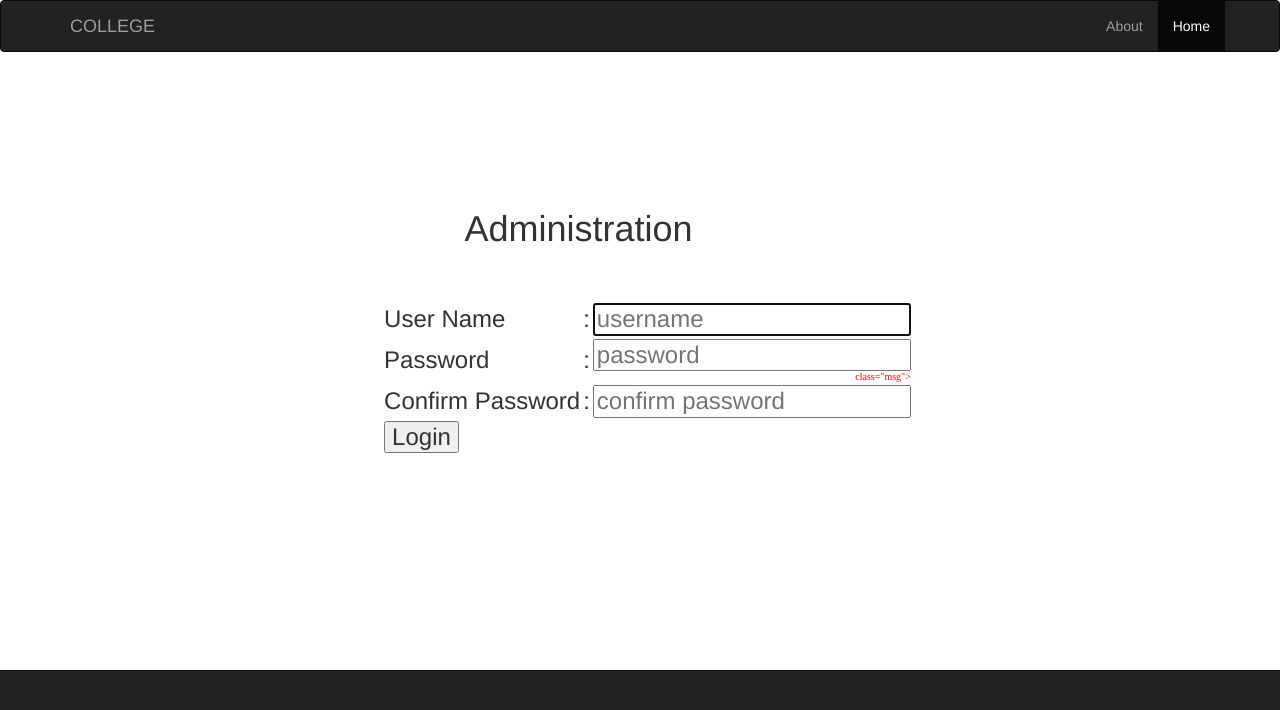
Repository: waheedsd/College
Page: http://localhost/College/admin.jsp
An editor plug-in stored every save of this project. The page is shown before and after the next save, followed by the edit.
The browser window is 1280 px wide. The pictures show the whole page.
The page is served by Tomcat 9. Other server files are loaded and not shown.

Above is the page before, as saved 2017-09-13 17:30:56.

### College/WebContent/admin.jsp
<%@ page language="java" contentType="text/html; charset=ISO-8859-1"
    pageEncoding="ISO-8859-1"%>
<!DOCTYPE html>
<html lang="en">
<head>
    <meta charset="UTF-8">
    <title>Admin</title>
    <link rel="stylesheet" href="https://maxcdn.bootstrapcdn.com/bootstrap/3.3.7/css/bootstrap.min.css">
    <script>

        function validate()
        {
        	  var x=document.myform.admin_password1.value;
              var y=document.myform.admin_password2.value;
              document.getElementById("msg").innerHTML="Type password & confirm password as 'Admin' ";
            if(x!="Admin" || y!="Admin")
            {
            	return false
            }
            else
            	{
            	return true
            	}
        }
    </script>
    <style>
        #admin{
            padding-left: 35%;
            padding-top: 10%;
        }
        #tab{
            padding-left: 28%;
            padding-top: 2%;
        }
        td{
            padding: 1.5px;
        }
        #msg{
        	text-align: right;
        	font-family: serif;
        	color:red;
        	font-size:10px;
        }
        .msg{
        	height=20px;
        	width=20px;
        }
    </style>
</head>
<body>
<form action="register.jsp" name="myform"  method="get" onsubmit="return validate()">
    <header>
        <nav class="navbar navbar-inverse ">
        <div class="container">
            <a class="navbar-brand" href="#">COLLEGE</a>
            <ul class="nav navbar-nav navbar-right">
                <li>
                    <a href="about.html">About</a>
                </li>
                <li class=active>
                <a href="index.jsp">Home</a>
                </li>
            </ul>
        </div>
        </nav>

 <div  class="container" ><div class="row"><div class="col-md-20"><h1 id="admin">Administration</h1></div></div> </div>
    </header>
    <div class="container"><div class="row"><div class="col-md-20>"><h3 id="tab">
    <table>
        <tr >
            <td >User Name</td>
            <td>:</td>
            <td>
            <input type="text" name="admin_name"  required placeholder="username" autofocus="autofocus" />
            </td>
        </tr>
        <tr>
            <td>Password</td>
            <td>:</td>
            <td>
                <input type="password" name="admin_password1"  required placeholder="password"><span id="msg"><div> class="msg"></div></span>
            </td>
        </tr>
        <tr>
        <tr>
            <td>Confirm Password</td><td>:</td>
            <td>
                <input type="password" name="admin_password2"  required placeholder="confirm password">
            </td>
        </tr>

        <tr>
            <td>
                <div><input  type="submit"  value="Login"  ></input></div>
            </td>
        </tr>
    </table>
    </h3>
    </div></div>
    </div>
    <footer>
        <nav class="navbar navbar-inverse navbar-fixed-bottom"></nav>
    </footer>
</form>
</body>
</html>

After the next save:
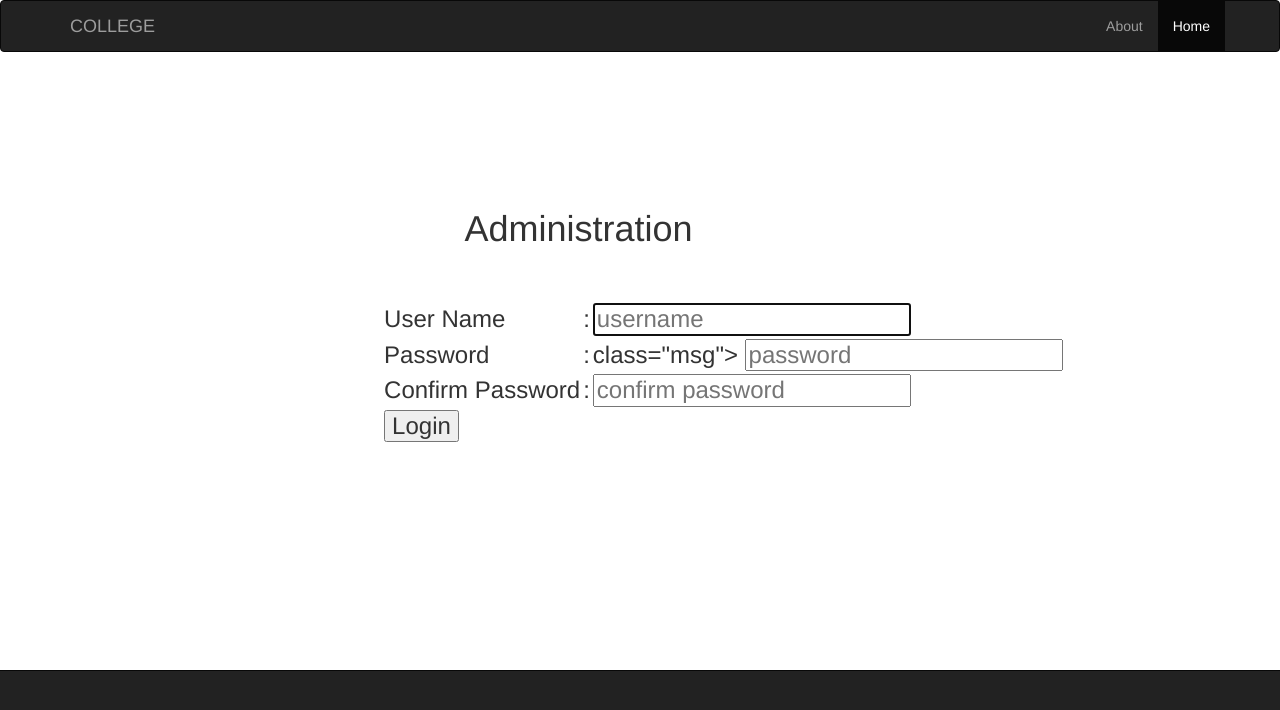
Saved 45 s later.
--- a/College/WebContent/admin.jsp
+++ b/College/WebContent/admin.jsp
@@ -79,7 +79,9 @@
             <td>Password</td>
             <td>:</td>
             <td>
-                <input type="password" name="admin_password1"  required placeholder="password"><span id="msg"><div> class="msg"></div></span>
+            <div> class="msg">
+                <input type="password" name="admin_password1"  required placeholder="password"><span id="msg"></span>
+                </div>
             </td>
         </tr>
         <tr>
